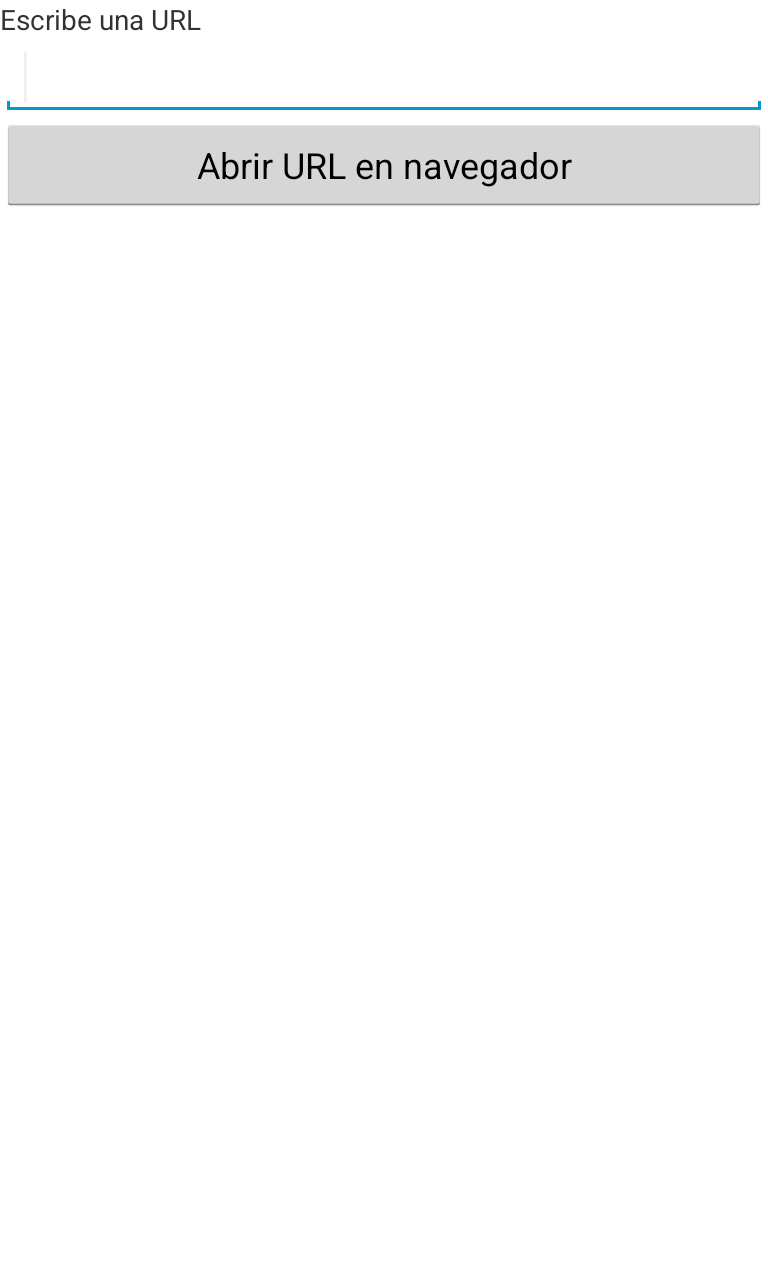
Repository: miguelcamposdev/cursoandroid
Layout: 01 Activities/MyCustomBrowser/res/layout/activity_prueba_url.xml
These files come from the project's save history. The layout is drawn as it stood at one moment and after the next save; the edit follows.
It is drawn on a 768 x 1280 px phone screen (xhdpi) without system bars, with theme AppTheme; the app's code is not run.

Above is the layout before, as saved 2014-11-12 16:07:20.

### 01 Activities/MyCustomBrowser/res/layout/activity_prueba_url.xml
<RelativeLayout xmlns:android="http://schemas.android.com/apk/res/android"
    xmlns:tools="http://schemas.android.com/tools"
    android:layout_width="match_parent"
    android:layout_height="match_parent"
    tools:context="${relativePackage}.${activityClass}" >

    <TextView
        android:id="@+id/textViewLabelUrl"
        android:layout_width="wrap_content"
        android:layout_height="wrap_content"
        android:text="@string/label_insert_url" />

    <EditText
        android:id="@+id/editTextUrl"
        android:layout_width="match_parent"
        android:layout_height="wrap_content"
        android:layout_alignParentLeft="true"
        android:layout_below="@+id/textViewLabelUrl"
        android:ems="10"
        android:inputType="textUri" >

        <requestFocus />
    </EditText>

    <Button
        android:id="@+id/buttonOpenUrl"
        android:layout_width="match_parent"
        android:layout_height="wrap_content"
        android:gravity="center"
        android:layout_alignParentLeft="true"
        android:layout_below="@+id/editTextUrl"
        android:text="@string/btn_open_url" />

</RelativeLayout>

### 01 Activities/MyCustomBrowser/res/values/strings.xml
<?xml version="1.0" encoding="utf-8"?>
<resources>

    <string name="app_name">MyCustomBrowser</string>
    <string name="hello_world">Hello world!</string>
    <string name="label_insert_url">Escribe una URL</string>
    <string name="btn_open_url">Abrir URL en navegador</string>

</resources>

Loaded but not shown: 01 Activities/MyCustomBrowser/res/values/styles.xml (common file); 01 Activities/MyCustomBrowser/res/values-v11/styles.xml (common file); 01 Activities/MyCustomBrowser/res/values-v14/styles.xml (common file)

After the next save:
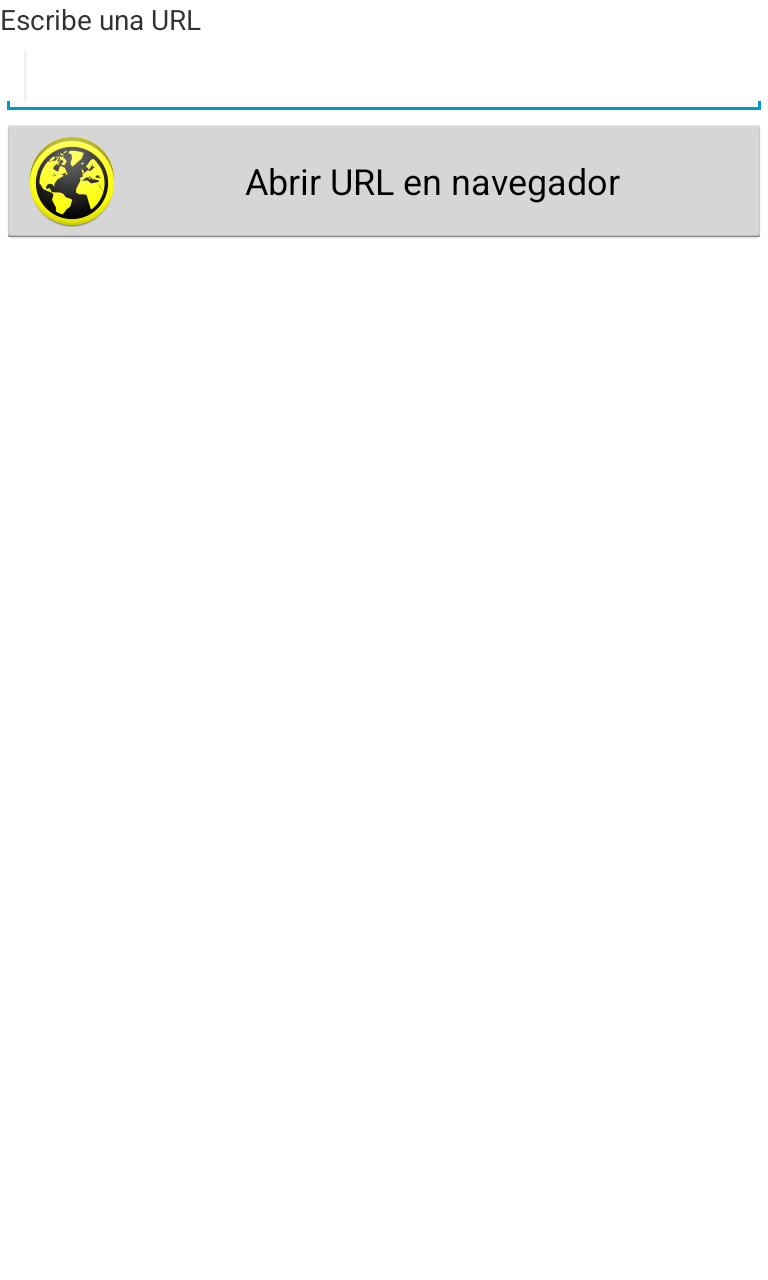
Saved 73 s later.
--- a/01 Activities/MyCustomBrowser/res/layout/activity_prueba_url.xml
+++ b/01 Activities/MyCustomBrowser/res/layout/activity_prueba_url.xml
@@ -27,6 +27,7 @@
         android:layout_width="match_parent"
         android:layout_height="wrap_content"
         android:gravity="center"
+        android:drawableLeft="@drawable/ic_launcher"
         android:layout_alignParentLeft="true"
         android:layout_below="@+id/editTextUrl"
         android:text="@string/btn_open_url" />
